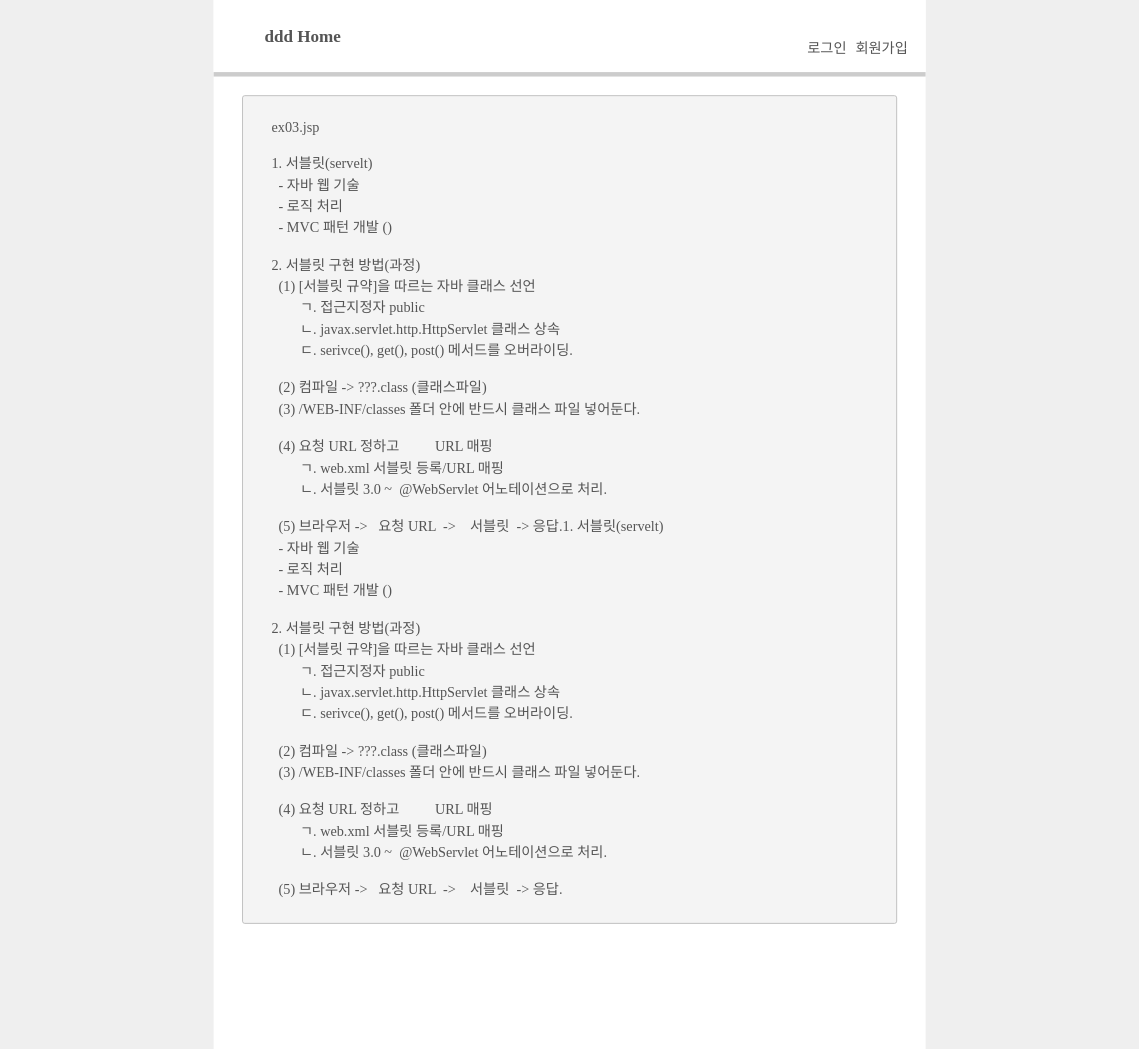
Repository: Deneb0000/JSP
Page: http://localhost/jspPro/days02/ex03.jsp
These files come from the project's save history. The page is drawn as it stood at one moment and after the next save; the edit follows.
The browser window is 1280 px wide. The pictures show the whole page, at 89% of full size.
Some web fonts or font styles are not loaded; a fallback is used. The page is served by Tomcat 9. Other server files are loaded and not shown.

Above is the page before, as saved 2024-10-16 06:23:19.

### jspPro/src/main/webapp/days02/ex03.jsp
<%@ page contentType="text/html; charset=UTF-8" pageEncoding="UTF-8"%>
<!DOCTYPE html>
<html>
<head>
<meta charset="UTF-8">
<title>Insert title here</title>
<link rel="shortcut icon" type="image/x-icon" href="http://localhost/jspPro/images/SiSt.ico">
<script src="https://ajax.googleapis.com/ajax/libs/jquery/3.7.1/jquery.min.js"></script>
<meta name="viewport" content="width=device-width, initial-scale=1.0">
<meta name="google" content="notranslate">
<link rel="stylesheet" href="http://localhost/jspPro/resources/cdn-main/example.css">
<script src="http://localhost/jspPro/resources/cdn-main/example.js"></script>
<style>
 span.material-symbols-outlined{
    vertical-align: text-bottom;
 }
</style>
</head>
<body>
<header>
  <h1 class="main"><a href="#" style="position: absolute;top:30px;">ddd Home</a></h1>
  <ul>
    <li><a href="#">로그인</a></li>
    <li><a href="#">회원가입</a></li>
  </ul>
</header>
<div>
  <xmp class="code">
    ex03.jsp

    1. 서블릿(servelt)
      - 자바 웹 기술
      - 로직 처리
      - MVC 패턴 개발 ()

    2. 서블릿 구현 방법(과정)
      (1) [서블릿 규약]을 따르는 자바 클래스 선언
            ㄱ. 접근지정자 public
            ㄴ. javax.servlet.http.HttpServlet 클래스 상속
            ㄷ. serivce(), get(), post() 메서드를 오버라이딩.

      (2) 컴파일 -> ???.class (클래스파일)
      (3) /WEB-INF/classes 폴더 안에 반드시 클래스 파일 넣어둔다.

      (4) 요청 URL 정하고          URL 매핑
            ㄱ. web.xml 서블릿 등록/URL 매핑
            ㄴ. 서블릿 3.0 ~  @WebServlet 어노테이션으로 처리.

      (5) 브라우저 ->   요청 URL  ->    서블릿  -> 응답.1. 서블릿(servelt)
      - 자바 웹 기술
      - 로직 처리
      - MVC 패턴 개발 ()

    2. 서블릿 구현 방법(과정)
      (1) [서블릿 규약]을 따르는 자바 클래스 선언
            ㄱ. 접근지정자 public
            ㄴ. javax.servlet.http.HttpServlet 클래스 상속
            ㄷ. serivce(), get(), post() 메서드를 오버라이딩.

      (2) 컴파일 -> ???.class (클래스파일)
      (3) /WEB-INF/classes 폴더 안에 반드시 클래스 파일 넣어둔다.

      (4) 요청 URL 정하고          URL 매핑
            ㄱ. web.xml 서블릿 등록/URL 매핑
            ㄴ. 서블릿 3.0 ~  @WebServlet 어노테이션으로 처리.

      (5) 브라우저 ->   요청 URL  ->    서블릿  -> 응답.
  </xmp>
</div>
</body>
</html>

### jspPro/src/main/webapp/resources/cdn-main/example.css
@charset "UTF-8";

@import url('https://fonts.googleapis.com/css2?family=Material+Symbols+Outlined:opsz,wght,FILL,GRAD@20..48,100..700,0..1,-50..200');

@font-face {
    font-family: 'GmarketSansMedium';
    src: url('https://cdn.jsdelivr.net/gh/projectnoonnu/noonfonts_2001@1.1/GmarketSansMedium.woff') format('woff');
    font-weight: normal;
    font-style: normal;
}

:root {
	--text-color: #555;
	--sub-text-color: #777;
	--back-color: #EFEFEF;
	--header-color: #444;
	--primary-color: #DEDEDE;
	--secondary-color: #EFEFEF;
	--default-width: 800px;
	--narrow-width: 500px;
	--wide-width: 1200px;
	--text-font: 'GmarketSansMedium';
	--icon-font: 'Material Symbols Outlined';
	--border-color: #CCC;
}

html, body {
	margin: 0;
	padding: 0;
}

html {
	background-color: var(--back-color);
	display: flex;
	justify-content: center;
	min-height: 100vh;
}

body, body.default {
	width: var(--default-width);
	background-color: white;
	padding-bottom: 120px;
}

body.wide {
	width: var(--wide-width);
}

body.narrow {
	width: var(--narrow-width);
}



body, p, div, span, a, input, select, option, textarea, button, table, th, td, label, fieldset, legend {
	font-family: var(--text-font);
	color: var(--text-color);
}

h1, h2, h3 {
	font-family: var(--text-font);
	color: var(--header-color);
	padding: 0 1rem;
	padding-top: .5rem;
}

div > h1, div > h2, div > h3 {
	padding: 0;
}

body > div, body > main > div {
	padding: 0.3rem 1rem;
}


h1 { font-size: 2rem; border-bottom: 1px solid var(--border-color); }
h1 small { font-size: 1.2rem; color: var(--sub-text-color); }
h2 { font-size: 1.5rem; border-bottom: 1px dashed var(--border-color); }
h2 small { font-size: 1.1rem; color: --sub-text-color; }
h3 { font-size: 1.2rem; }
h3 small { font-size: 1rem; color: --sub-text-color; }



h1.main::before {
	font-family: var(--icon-font);
  	content: '\e666';
  	margin-right: 10px;
  	float: left;
	font-size: 2.5rem;
}

h1.sub::before {
	font-family: var(--icon-font);
  	content: '\ea19';
  	margin-right: 10px;
  	float: left;
	font-size: 2.5rem;
}


h1.page::before {
	font-family: var(--icon-font);
  	content: '\e0e0';
  	margin-right: 10px;
  	float: left;
	font-size: 2.5rem;
}

body > header > ul > li > .active{
	background-color: #FFF;
	color:#F00;
}

body > header {
	display: flex;
	justify-content: space-between;
	border-bottom: 5px solid var(--border-color);
	min-height: 74px;
	background-color: #FFF;
}

body > header.sticky {
	position: sticky;
	top: 0;
	z-index: 98;
}

body > header > h1 {
	font-size: 1.2rem;
	border: 0;
}

body > header.in > h1::before {
	font-family: var(--icon-font);
  	content: '\e332‥';
  	margin-right: 3px;
  	float: left;
	font-size: 2rem;
}


body > header > ul {
	list-style-type: none;
	display: flex;
	align-items: flex-end;
	margin-right: 10px;
}

body > header > ul > li {
	margin-right: 10px;
	cursor: pointer;
}

body > header > ul > li > a {
	cursor: pointer;
}


form {
	display: block;
}

form > div {
	padding: 0.3rem 1rem;
}

div > form > div {
	padding: 0.3rem 0;
}

input, textarea, button, select {
	border: 1px solid #BBB;
	border-radius: 3px;
	outline: none;
	resize: none;
	padding: 7px;
	margin: 0;
}

input[type=text]:read-only, textarea:read-only {
	cursor: not-allowed;
	background-color: #FFF;
}

input[type=text]:disabled, textarea:disabled {
	cursor: not-allowed;
	background-color: #EEE;
}

input[type=text], input[type=password], textarea, button, select {
	/* width: 300px; */
}

textarea {
	display: block;
	height: 100px;
}

input[type=button], input[type=submit], button {
	/* width: inherit; */
}

input.short, textarea.short, button.short, select.short {
	width: 100px;
}

input.long, textarea.long, button.long, select.long {
	width: 350px;
}

.narrow input.long, .narrow textarea.long, .narrow button.long, .narrow select.long {
	width: calc(100% - 20px);
}

input.full, textarea.full, button.full, select.full {
	width: calc(100% - 20px);
}

textarea.short {
	height: 50px;
}

textarea.long {
	height: 100px;
}

textarea.full {
	height: 200px;
}

input, textarea {
	padding-top: 8px;
}

input[type=button], input[type=submit], button {
	padding: 5px 10px;
	background-color: var(--secondary-color);
	cursor: pointer;
	min-height: 36px;
}

input[type=button].primary, input[type=submit].primary, button.primary {
	/* background-color: rgba(100, 149, 237, .2); */
	background-color: var(--primary-color);
}

input[type=button].primary:hover, input[type=submit].primary:hover, button.primary:hover {
	/* background-color: rgba(100, 149, 237, .3); */
	background-color: var(--secondary-color);
}

input[type=button]:hover, input[type=submit]:hover, button:hover {
	background-color: var(--primary-color);
}

button {
	position: relative;
	left: 0;
	top: 0;
	padding-left: 35px;
}

button .material-symbols-outlined {
	position: absolute;
	left: 10px;
	top: 4px;
}

/* k2nik add */
button.login::before {
	font-family: var(--icon-font);
  	content: '\ea77';
	position: absolute;
	left: 11px;
	top: 4px;
	font-size: 1.25rem;
}

/* k2nik logout */
button.logout::before {
	font-family: var(--icon-font);
  	content: '\e9ba';
	position: absolute;
	left: 11px;
	top: 4px;
	font-size: 1.25rem;
}

/* k2nik help */
button.help::before {
	font-family: var(--icon-font);
  	content: '\f1c0';
	position: absolute;
	left: 11px;
	top: 4px;
	font-size: 1.25rem;
}

button.add::before{
	font-family: var(--icon-font);
  	content: '\e746';
	position: absolute;
	left: 11px;
	top: 4px;
	font-size: 1.25rem;
}

button.back::before {
	font-family: var(--icon-font);
  	content: '\e166';
	position: absolute;
	left: 11px;
	top: 4px;
	font-size: 1.25rem;
}

button.list::before {
	font-family: var(--icon-font);
  	content: '\e0ee';
	position: absolute;
	left: 11px;
	top: 4px;
	font-size: 1.25rem;
}


button.del::before {
	font-family: var(--icon-font);
  	content: '\e872';
	position: absolute;
	left: 11px;
	top: 4px;
	font-size: 1.25rem;
}


button.edit::before {
	font-family: var(--icon-font);
  	content: '\e745';
	position: absolute;
	left: 11px;
	top: 4px;
	font-size: 1.25rem;
}


button.login::before {
	font-family: var(--icon-font);
  	content: '\ea77';
	position: absolute;
	left: 11px;
	top: 4px;
	font-size: 1.25rem;
}


button.logout::before {
	font-family: var(--icon-font);
  	content: '\e9ba';
	position: absolute;
	left: 11px;
	top: 4px;
	font-size: 1.25rem;
}


button.in::before {
	font-family: var(--icon-font);
  	content: '\f71a';
	position: absolute;
	left: 11px;
	top: 4px;
	font-size: 1.25rem;
}


button.out::before {
	font-family: var(--icon-font);
  	content: '\f70e';
	position: absolute;
	left: 11px;
	top: 4px;
	font-size: 1.25rem;
}


button.reply::before {
	font-family: var(--icon-font);
  	content: '\e15e';
	position: absolute;
	left: 11px;
	top: 4px;
	font-size: 1.25rem;
}


button.comment::before {
	font-family: var(--icon-font);
  	content: '\e0b9';
	position: absolute;
	left: 11px;
	top: 4px;
	font-size: 1.25rem;
}


button.modal::before {
	font-family: var(--icon-font);
  	content: '\e89e';
	position: absolute;
	left: 11px;
	top: 4px;
	font-size: 1.25rem;
}


button.ok::before {
	font-family: var(--icon-font);
  	content: '\e86c';
	position: absolute;
	left: 11px;
	top: 4px;
	font-size: 1.25rem;
}


button.cancel::before {
	font-family: var(--icon-font);
  	content: '\e5c9';
	position: absolute;
	left: 11px;
	top: 4px;
	font-size: 1.25rem;
}

button.search::before {
	font-family: var(--icon-font);
  	content: '\e8b6';
	position: absolute;
	left: 11px;
	top: 4px;
	font-size: 1.25rem;
}

button.home::before {
	font-family: var(--icon-font);
  	content: '\e88a';
	position: absolute;
	left: 11px;
	top: 4px;
	font-size: 1.25rem;
}


button.sidebar::before {
	font-family: var(--icon-font);
  	content: '\f7e4';
	position: absolute;
	left: 11px;
	top: 4px;
	font-size: 1.25rem;
}


button.sidebar-right::before {
	font-family: var(--icon-font);
  	content: '\f7e5';
	position: absolute;
	left: 11px;
	top: 4px;
	font-size: 1.25rem;
}




button::before {
	font-family: var(--icon-font);
  	content: '\e323';
	position: absolute;
	left: 11px;
	top: 4px;
	font-size: 1.25rem;
}


table {
	border-collapse: collapse;
	margin: 1rem;
	box-sizing: border-box;
	width: calc(100% - 32px);
}

table.content {
	width: auto;
}

div > table {
	margin: 0;
}

table th, table td {
	border: 1px solid var(--border-color);
	padding: 7px;
	font-weight: normal;
}

table th {
	background-color: var(--back-color);
}

table.vertical th {
	width: 150px;
}

table.vertical td {
	width: calc(100% - 182px);
	padding-left: 10px;
}

table.content td, table.content th {
	width: auto;
}

body.narrow table.vertical th {
	width: 100px;
}

body.narrow table.vertical td {
	width: calc(100% - 182px);
}


table + table {
	margin-top: 30px;
}


p {
	padding: 0 1rem;
}

a {
	text-decoration: none;
}

a:hover {
	color: rgba(255, 99, 71, .7);
}

hr {
	border: 0;
	border-top: 1px solid var(--border-color);
	margin: 2rem 0;
}

.message {
	border: 1px solid var(--border-color);
	background-color: #EFEFEF;
	margin: 1rem;
	width: auto;
	padding-top: 10px;
	padding-bottom: 10px;
	font-size: 14px;
}

.message[title]::before {
	content: attr(title);
	display: block;
	border-bottom: 1px solid var(--border-color);
	padding-bottom: 5px;
	margin-bottom: 10px;
	margin-top: 7px;
}

.message.short {
	max-width: 250px;
}

.message.long {
	max-width: 500px;
}

.badge {
	float: right;
	font-size: .8rem;
	margin-top: 2px;
	margin-right: 2px;
	text-shadow: 0 0 7px gray;
}

.badge.left {
	float: none;
	margin-left: 2px;
}

.badge.right {
	float: right;
}

.badge.red {
	border-radius: 50%;
	padding: 2px 5px;
	background-color: rgb(255, 99, 71, .3);
}

.badge.yellow {

	border-radius: 50%;
	padding: 2px 5px;
	background-color: rgb(255, 215, 0, .5);
}

.badge.blue {
	border-radius: 50%;
	padding: 2px 5px;
	background-color: rgb(100, 149, 237, .3);
}

label + label {
	margin-left: 7px;
}

label input[type=checkbox], label input[type=radio] {
	transform: translate(0, 1px);
}

.group {
	display: flex;
}

.modal-content .group {
	margin-bottom: .5rem;
}

.group label {
	border: 1px solid #BBB;
	border-radius: 3px;
	outline: none;
	resize: none;
	padding: 7px 14px;
	margin: 0;
	border-top-right-radius: 0;
	border-bottom-right-radius: 0;
	background-color: #EFEFEF;
	white-space: nowrap;
	font-size: 14px;
}

.group input[type=text] {
	margin-left: -1px;
	border-top-left-radius: 0;
	border-bottom-left-radius: 0;
}

.group select {
	margin-left: -1px;
	border-top-left-radius: 0;
	border-bottom-left-radius: 0;
}

.group input.full[type=text] {
	margin-left: -1px;
	border-top-left-radius: 0;
	border-bottom-left-radius: 0;
	width: 100%;
}

.group input[type=button]:first-child, .group button:first-child {
	border-top-left-radius: 3px;
	border-bottom-left-radius: 3px;
	margin-left: 0px;
}

.group input[type=button], .group button {
	border-radius: 0;
	margin-left: -1px;
}

.group input[type=button]:last-child, .group button:last-child {
	margin-left: -1px;
	border-top-right-radius: 3px;
	border-bottom-right-radius: 3px;
}

.seperate {
	display: flex;
	justify-content: space-between;
}

div.list {
	width: max-content;
	margin: 1rem;
	border: 1px solid #BBB;
	border-radius: 3px;
	padding: 0;
}

div.list.full {
	width: auto;
	display: block;
	margin: 1rem;
	border: 1px solid #BBB;
	border-radius: 3px;
	padding: 0;
}

div.list > div {
	padding: .5rem 1rem;
	margin: 0;
	border-bottom: 1px solid #BBB;
}

div.list > div:last-child {
	border-bottom: 0;
}

pre.code , xmp.code{
	font-family: consols;
	background-color: rgba(150, 150, 150, .1);
	border: 1px solid #BBB;
	border-radius: 3px;
	padding: .5rem 1rem;
	padding-bottom: .6rem;
	margin: 1rem;
}




*[data-modal-window] {
	position: fixed;
	background-color: rgba(0, 0, 0, .3);
	left: 0;
	top: 0;
	display: none;
	justify-content: center;
	align-items: flex-start;
	width: 100%;
	min-height: 100vh;
	z-index: 100;
	opacity: 0;
	transition: 500ms all;
}

*[data-modal-window] .modal-container {
	border-radius: 5px;
	padding: 1rem;
	padding-bottom: .5rem;
	margin-top: -500px;
	opacity: 0;
	width: 500px;
	background-color: #FFF;
	margin-right: 2rem;
	transition: 500ms all;
}

*[data-modal-size=content] .modal-container {
	width: auto;
}

*[data-modal-size=narrow] .modal-container {
	width: 300px;
}

*[data-modal-size=wide] .modal-container {
	width: 760px;
}


*[data-modal-window] .modal-header {
	border-bottom: 1px solid var(--border-color);
	padding: 2px 5px;
}

*[data-modal-window] .modal-content {
	padding: 1rem 5px;
}

*[data-modal-window] .modal-content div:last-child {
	margin-top: 1rem;
	text-align: right;
}



*[data-sidebar-window] {
	position: fixed;
	background-color: #FFF;
	left: 0;
	top: 0;
	display: block;
	width: 300px;
	border-right: 1px solid var(--border-color);
	box-sizing: border-box;
	box-shadow: 0 0 3px var(--back-color);
	min-height: 100vh;
	z-index: 99;
	transform: translate(-300px, 0);
	transition-duration: 500ms;
	transition-property: transform;
}

*[data-sidebar-direction=right] {
	left: auto;
	right: 0;
	transform: translate(300px, 0);
	border-left: 1px solid var(--border-color);
}

*[data-sidebar-size=wide] {
	width: 500px;
	transform: translate(-500px, 0);
}

*[data-sidebar-window] .sidebar-title {
	border-bottom: 1px solid var(--border-color);
	margin-top: 20px;
	margin-bottom: 20px;
	padding-bottom: 5px;
	display: flex;
	justify-content: space-between;
}

*[data-sidebar-window] .sidebar-title span:last-child {
	cursor: pointer;
}


/* K2Nik pagination */
.center {
  text-align: center;
}

.pagination {
  display: inline-block;
}

.pagination a {
  color: black;
  float: left;
  padding: 3px 6px;
  text-decoration: none;
  transition: background-color .3s;
  border: 1px solid #ddd;
  margin: 0 3px;
}

.pagination a.active {
  background-color: #4CAF50;
  color: white;
  border: 1px solid #4CAF50;
}

.pagination a:hover:not(.active) {background-color: #ddd;}

### jspPro/src/main/webapp/resources/cdn-main/example.js

window.onload = () => {

    const list = document.querySelectorAll('input, textarea');

    list.forEach(item => {
        item.setAttribute('autocomplete', 'off');
    });


    const modal_btn_list = document.querySelectorAll('*[data-modal-button]');

    modal_btn_list.forEach(item => {
        item.onclick = function() {

            const name = this.dataset['modalButton'];
            const modal_window = document.querySelector('*[data-modal-window=' + name);

            const container = document.createElement('div');
            container.className = 'modal-container';



            const modal_header = document.createElement('div');
            modal_header.textContent = modal_window.dataset['modalTitle'];
            modal_header.className = 'modal-header';
            container.appendChild(modal_header);

            const modal_content = document.createElement('div');
            modal_content.className = 'modal-content';
            container.appendChild(modal_content);

            Array.from(modal_window.childNodes).forEach(item => {
                modal_content.appendChild(item);
            });

            modal_window.appendChild(container);

            modal_window.style.display = 'flex';

            setTimeout(() => {
                modal_window.style.opacity = 1;
                container.style.marginTop = '20px';
                container.style.opacity = 1;
            }, 50);


            const modal_ok = document.querySelector('*[data-modal-ok=' + name);
            modal_ok.addEventListener('click', function() {
                modal_window.style.opacity = 0;
                container.style.marginTop = '-500px';
                container.style.opacity = 0;

                setTimeout(() => {
                    modal_window.innerHTML = modal_content.innerHTML;
                    modal_window.style.display = 'none';
                }, 500);

            });

            const modal_cancel = document.querySelector('*[data-modal-cancel=' + name);
            modal_cancel.addEventListener('click', function() {

                modal_window.style.opacity = 0;
                container.style.marginTop = '-500px';
                container.style.opacity = 0;

                setTimeout(() => {
                    modal_window.innerHTML = modal_content.innerHTML;
                    modal_window.style.display = 'none';
                }, 500);
            });


        };
    });


    const sidebar_btn_list = document.querySelectorAll('*[data-sidebar-button]');

    sidebar_btn_list.forEach(item => {
        item.onclick = function() {



            const name = this.dataset['sidebarButton'];
            const sidebar_window = document.querySelector('*[data-sidebar-window=' + name);

            if (sidebar_window.style.transform == 'translate(0px, 0px)') return;



            sidebar_window.style.transform = 'translate(0, 0)';

            const sidebar_title = document.createElement('div');
            sidebar_title.className = 'sidebar-title';
            sidebar_title.innerHTML = '<span>' + sidebar_window.dataset['sidebarTitle'] + '</span><span class="material-symbols-outlined">close</span>';

            sidebar_title.children[1].onclick = function() {

                let sign = 1;
                let distance = 300;

                if (sidebar_window.dataset['sidebarDirection'] != 'right') {
                    sign = -1;
                } else {
                    sign = 1;
                }

                if (sidebar_window.dataset['sidebarSize'] != 'wide') {
                    distance = 300;
                } else {
                    distance = 500;
                }

                distance *= sign;

                sidebar_window.style.transform = 'translate(' + distance + 'px, 0)';

                setTimeout(function() {
                    sidebar_window.removeChild(sidebar_window.children[0]);
                }, 500);
            };


            sidebar_window.prepend(sidebar_title);

        }
    });

};

// window.onkeydown = function(event) {

//     if (event.keyCode == 27) {
//         if (document.querySelector('[data-modal-window').style.display == 'flex') {
//             document.querySelector('[data-modal-window').style.display = 'none';
//         }
//     }

// };

After the next save:
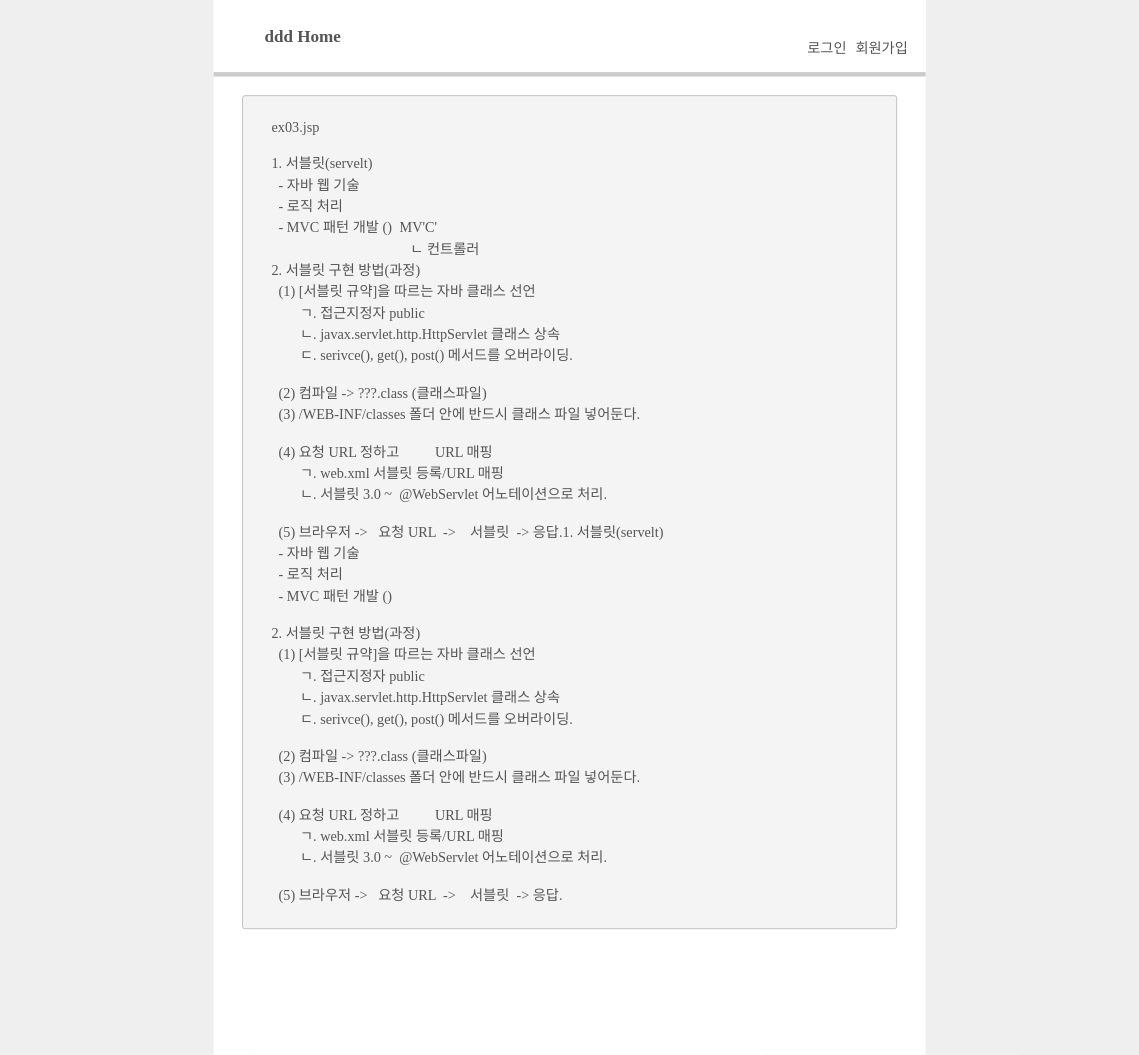
Saved 74 s later.
--- a/jspPro/src/main/webapp/days02/ex03.jsp
+++ b/jspPro/src/main/webapp/days02/ex03.jsp
@@ -31,8 +31,8 @@
     1. 서블릿(servelt)
       - 자바 웹 기술
       - 로직 처리
-      - MVC 패턴 개발 ()
-
+      - MVC 패턴 개발 ()	MV'C'
+      					   ㄴ 컨트롤러
     2. 서블릿 구현 방법(과정)
       (1) [서블릿 규약]을 따르는 자바 클래스 선언
             ㄱ. 접근지정자 public
